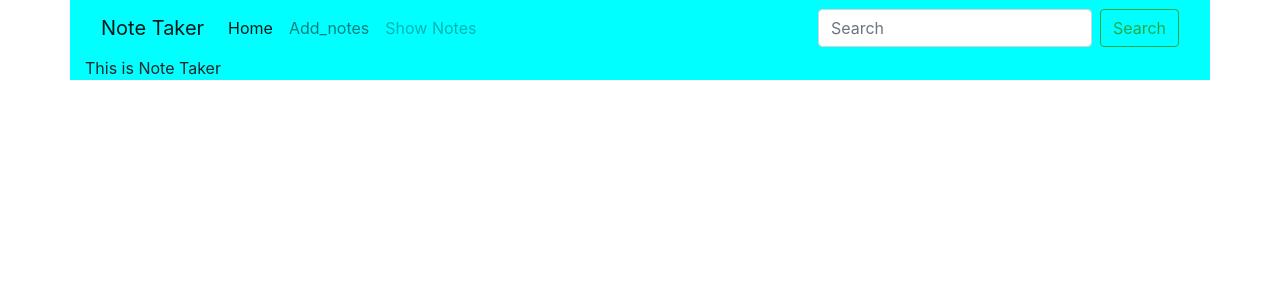
Repository: PratibhaMastud/index.jsp
Page: http://localhost/JavaWebApp/
The author's editor kept a copy of each file at every save. The page is drawn from the files as they stood at one save, then again after the next save.
The browser window is 1280 px wide. The pictures show the whole page.
Some web libraries are served in a nearby version. The page is served by Tomcat 9.

Above is the page before, as saved 2020-06-29 08:48:59.

After the next save:
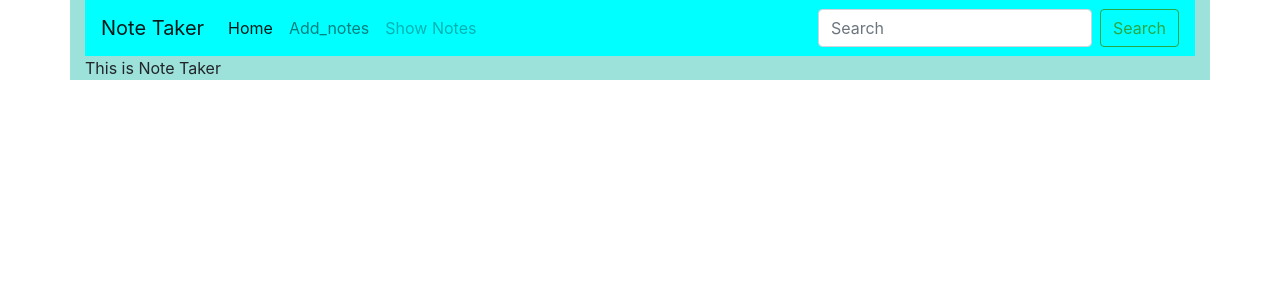
Saved 20 s later.
--- a/JavaWebApp/src/main/webapp/index.jsp
+++ b/JavaWebApp/src/main/webapp/index.jsp
@@ -8,7 +8,7 @@
 
   </head>
   <body>
-<div class="container" style="background:#00ffff">
+<div class="container" style="background:rgb(157, 225, 219)">
 	<%@include file="navbar.jsp"%>
 	<p>This is Note Taker</p>
 </div>
